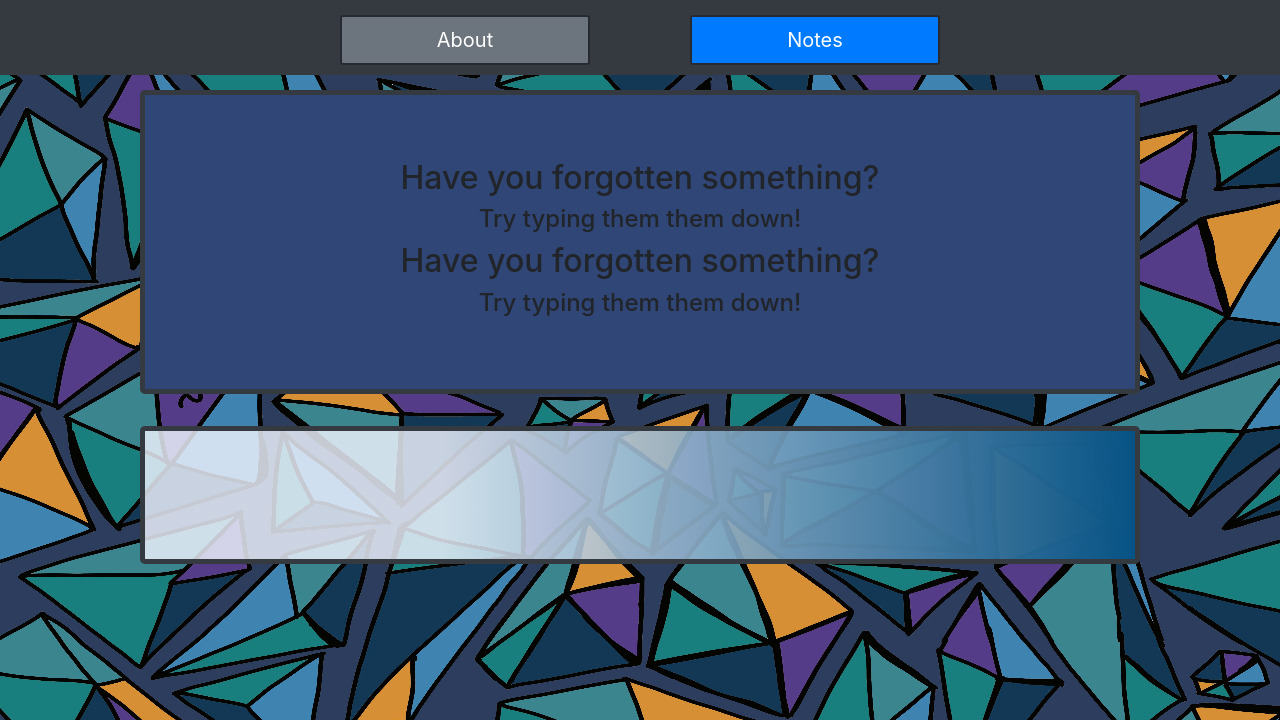
Repository: Kamicoda/Mynote
Page: index.html
The author's editor kept a record of every edit. The page is drawn from the files as they stood at one moment, then again after the next edit.
The browser window is 1280 px wide. The pictures show the whole page.
After loading, the first visible `#notesNav` was clicked once.
Backgrounds fixed to the window are drawn as part of the page. Some web fonts or font styles are not loaded; a fallback is used. Some web libraries are served in a nearby version.

Above is the page before.

### index.html
<!DOCTYPE html>
<html lang="en">

<head>
    <meta charset="UTF-8">
    <meta name="viewport" content="width=device-width, initial-scale=1.0">
    <meta http-equiv="X-UA-Compatible" content="ie=edge">
    <title>Document</title>


    <!--Bootstrap-->
    <link rel="stylesheet" href="https://maxcdn.bootstrapcdn.com/bootstrap/4.2.1/css/bootstrap.min.css" type="text/css" />
    <link rel="stylesheet" href="https://cdnjs.cloudflare.com/ajax/libs/hover.css/2.3.1/css/hover-min.css" type="text/css" />
    <!--Css-->
    <link rel="stylesheet" href="assets/style/style.css" type="text/css" />
    <!--Jquery-->
    <script src="https://code.jquery.com/jquery-3.4.1.min.js" integrity="sha256-CSXorXvZcTkaix6Yvo6HppcZGetbYMGWSFlBw8HfCJo=" crossorigin="anonymous"></script>

    <!--Scripts-->
    <script src="https://kit.fontawesome.com/06adabaaa3.js"></script>
    <script type="text/javascript" src="assets/js/script1.js"></script>
    <script type="text/javascript" src="assets/js/script2.js"></script>


</head>

<body class="bgbody" onload="checkEdits()">

    <!--navigation-->
    <div class="container-fluid bg-dark">
        <ul class="nav justify-content-center w-100">
            <li class="nav-item">
                <button id="aboutNav" type="button" class="btn btn-secondary btn-lg border border-light">About</button>
            </li>
            <li class="nav-item">
                <button id="notesNav" type="button" class="btn btn-primary btn-lg border border-light">Notes</button>
            </li>

        </ul>
    </div>

    <div class="jumbotron border border-dark header bg-grey mx-auto">
        <div class="row">
            <div id="headerwelcome" class="col-12">
                <h2> Have you forgotten something?</h2>
                <h4>Try typing them them down!</h4>
            </div>

            <div id="headerabout" class="col-12">
                <h2> Have you forgotten something?</h2>
                <h4>Try typing them them down!</h4>
            </div>

            <div id="headernotes" class="col-12">
                <h2> Have you forgotten something?</h2>
                <h4>Try typing them them down!</h4>
            </div>
        </div>
    </div>

    <div class="jumbotron border border-dark cont header mx-auto">
        <div class="container-flex">


            <section id="aboutSec">
                <div class="row">
                    <div class="col">
                        <h1>About</h1>
                        <p>here to help you remember!</p>
                        <div class="row">
                            <div class="col-6">
                                <p>this website should make writing things down a little easier there are a few geatures to be added at some point, these include a printable nates list, the ability to create and delete your notes, ability to add thumbnails
                                    with your links(WIP) and more!</p>
                            </div>
                            <div class="col-4">
                                <p>to use this site simply type in your thoughts and click save!</p>
                            </div>
                        </div>
                    </div>
                </div>
        </div>
        </section>

        <section id="notesSec">
            <div class="row">

                <div class="col-12">
                    <div id="editList" class="row">

                        <div class="col-12">
                            <p id="edit" contenteditable="true" class="editableP border border-light"></p>
                            <div id="checkBox" class="checkbox">
                                <i id="fasquare" class="far fa-square"></i>
                                <i id="fabox" class="far fa-check-square"></i>
                            </div>
                        </div>

                        <div class="col-12">
                            <p id="edit1" contenteditable="true" class="editableP border border-light"></p>
                            <div id="checkBox1" class="checkbox">
                                <i id="fasquare1" class="far fa-square"></i>
                                <i id="fabox1" class="far fa-check-square"></i>
                            </div>
                        </div>

                        <div class="col-12">
                            <p id="edit2" contenteditable="true" class="editableP border border-light"></p>
                            <div id="checkBox2" class="checkbox">
                                <i id="fasquare2" class="far fa-square"></i>
                                <i id="fabox2" class="far fa-check-square"></i>
                            </div>
                        </div>

                        <div class="col-12">
                            <p id="edit3" contenteditable="true" class="editableP border border-light"></p>
                            <div id="checkBox3" class="checkbox">
                                <i id="fasquare3" class="far fa-square"></i>
                                <i id="fabox3" class="far fa-check-square"></i>
                            </div>
                        </div>

                        <div class="col-12">
                            <p id="edit4" contenteditable="true" class="editableP border border-light"></p>
                            <div id="checkBox4" class="checkbox">
                                <i id="fasquare4" class="far fa-square"></i>
                                <i id="fabox4" class="far fa-check-square"></i>
                            </div>
                        </div>

                        <div class="col-12">
                            <p id="edit5" contenteditable="true" class="editableP border border-light"></p>
                            <div id="checkBox5" class="checkbox">
                                <i id="fasquare5" class="far fa-square"></i>
                                <i id="fabox5" class="far fa-check-square"></i>
                            </div>
                        </div>

                        <div class="col-12">
                            <p id="edit6" contenteditable="true" class="editableP border border-light"></p>
                            <div id="checkBox6" class="checkbox">
                                <i id="fasquare6" class="far fa-square"></i>
                                <i id="fabox6" class="far fa-check-square"></i>
                            </div>
                        </div>

                        <div class="col-12">
                            <p id="edit7" contenteditable="true" class="editableP border border-light"></p>
                            <div id="checkBox7" class="checkbox">
                                <i id="fasquare7" class="far fa-square"></i>
                                <i id="fabox7" class="far fa-check-square"></i>
                            </div>
                        </div>

                        <div class="col-12">
                            <p id="edit8" contenteditable="true" class="editableP border border-light"></p>
                            <div id="checkBox8" class="checkbox">
                                <i id="fasquare8" class="far fa-square"></i>
                                <i id="fabox8" class="far fa-check-square"></i>
                            </div>
                        </div>

                        <div class="col-12">
                            <p id="edit9" contenteditable="true" class="editableP border border-light"></p>
                            <div id="checkBox9" class="checkbox">
                                <i id="fasquare9" class="far fa-square"></i>
                                <i id="fabox9" class="far fa-check-square"></i>
                            </div>

                            <div>
                                <button type="button " onclick="save()" class="btn btn-primary btn-lg border border-light saveButton">Save
                        <i class="fas fa-file-download"></i></button>
                            </div>

                            <div id="update"> Edit the text and click to save for next time </div>
                        </div>
                    </div>
                </div>
            </div>
        </section>
    </div>

</body>
<footer>

</footer>

</html>

### assets/style/style.css
@import url('https://fonts.googleapis.com/css?family=Roboto:100,200,300,400,500,600,700|Exo:100,200,300,400,500,600,700|Six Caps:100,200,300,400,500,600,700');
/* Palette URL: http://paletton.com/#uid=a3K0o0k6J95irOtlmmkmW6wBrbb */

/* Feel free to copy&paste color codes to your application */

/* As RGBa codes */

/*
base-grey
RGB: 38–41–47

dark blu
RGB: 9–26–63

light grey
RGB: 126–135–155

blue
RGB: 48–70–118

light blue
RGB: 102–143–232

*/

/* Generated by Paletton.com © 2002-2014 */

/* http://paletton.com */

/*Colors*/

.bg-dark {
    background-color: rgba(39, 42, 48, 1);
}

.bg-grey {
    background-color: rgba(48, 70, 119, 1);
}

.bg-light {
    background-color: rgba(72, 63, 57, 0.5);

}

/*background*/
.border-dark {
    margin-top: 15px;
    border-width: 5px !important;

    border-bottom-style: solid;
    border-color: rgba(39, 42, 48, 1);
}

.border-light {
    margin-top: 15px;
    border-width: 2px !important;

    border-bottom-style: solid;
    border-color: rgba(39, 42, 48, 1) !important;
    border-radius: 3px;
}

.bgbody {
    background: url("notesBg.jpg");
    Margin: 0;
    background-position: top;
    background-repeat: no-repeat;
    background-attachment: fixed;
    min-width: 100%;
    z-index: -1;
}

.navigationbackground {
    position: fixed;
    height: 100%;
    width: 100%;
}

.nav-item {
    margin-left: 50px;
    margin-right: 50px;
    margin-bottom: 10px;
}

.btn {
    border-radius: 0;
    width: 250px;
    border-radius: 3px;
}

.header {
    text-align: center;
    width: 1000px;

    }

.editableP {
    padding: 5;
    background-color: rgba(214, 226, 243, 1);
    display: inline-block;
    width: 800px;
}

.cont {
  background: rgb(236,241,252);
background: linear-gradient(90deg, rgba(236,241,252,0.835171568627451) 30%, rgba(7,83,133,1) 100%);

}


.ul .li {
    list-style: none;
}

.checkbox {
    margin-bottom: 16px;
    text-align: left;
    display: inline-block;
}

### assets/js/script1.js
//Buttons
$(document).ready(function() {

    $('#aboutSec').toggle();
    $('#notesSec').show();
    $('#gamesSec').toggle();
    $('#linksSec').toggle();
    $('.fa-check-square').toggle();
    $('#headerwelcome').show();
    $('#headerabout').toggle();
    $('#headernotes').toggle();

    //$('#item').toggle();
    //$('#item1').toggle();
    //$('#item2').toggle();

    $('#aboutNav').on('click', function() {
        $('#aboutSec').toggle(1000);
        $('#headerwelcome').show();
        $('#headerabout').toggle();
    });

    $('#notesNav').on('click', function() {
        $('#notesSec').toggle(1000);
        $('#headernotes').toggle();

    });

    $('#gamesNav').on('click', function() {
        $('#gamesSec').toggle(1000);

    });

    $('#linksNav').on('click', function() {
        $('#menu3').toggle();
        $('#linksSec').toggle(1000);

    });

    $('#checkBox').on('click', function() {
        $('#fasquare').toggle();
        $('#fabox').toggle();
    });

    $('#checkBox1').on('click', function() {
        $('#fasquare1').toggle();
        $('#fabox1').toggle();
    });

    $('#checkBox2').on('click', function() {
        $('#fasquare2').toggle();
        $('#fabox2').toggle();
    });

    $('#checkBox3').on('click', function() {
        $('#fasquare3').toggle();
        $('#fabox3').toggle();
    });

    $('#checkBox4').on('click', function() {
        $('#fasquare4').toggle();
        $('#fabox4').toggle();
    });

    $('#checkBox5').on('click', function() {
        $('#fasquare5').toggle();
        $('#fabox5').toggle();
    });

    $('#checkBox6').on('click', function() {
        $('#fasquare6').toggle();
        $('#fabox6').toggle();
    });

    $('#checkBox7').on('click', function() {
        $('#fasquare7').toggle();
        $('#fabox7').toggle();
    });

    $('#checkBox8').on('click', function() {
        $('#fasquare8').toggle();
        $('#fabox8').toggle();
    });

    $('#checkBox9').on('click', function() {
        $('#fasquare9').toggle();
        $('#fabox9').toggle();
    });


    // $('#new').on('click', function() {
    //  count += 1;
    //  $('#item' + count).show()
    //$('#editList').append(`<p id="edit` + count + `" contenteditable="true" class="editableP"></p><button type="button " onclick="save`+ count +`()" class="saveButton">Save
    // <i class="fas fa-file-download"></i></button>`);

    // });
});

// this is adding numbers to the ID "edit"
var count = 0;

### assets/js/script2.js

function save() {
localStorage.userEdits = document.getElementById("edit").innerText;
localStorage.userEdits1 = document.getElementById("edit1").innerText;
localStorage.userEdits2 = document.getElementById("edit2").innerText;
localStorage.userEdits3 = document.getElementById("edit3").innerText;
localStorage.userEdits4 = document.getElementById("edit4").innerText;
localStorage.userEdits5 = document.getElementById("edit5").innerText;
localStorage.userEdits6 = document.getElementById("edit6").innerText;
localStorage.userEdits7 = document.getElementById("edit7").innerText;
localStorage.userEdits8 = document.getElementById("edit8").innerText;
localStorage.userEdits9 = document.getElementById("edit9").innerText;

document.getElementById("update").innerHTML="Edits saved!";
}

function checkEdits() {

if(localStorage.userEdits!=null)
document.getElementById("edit").innerHTML = localStorage.userEdits;
document.getElementById("edit1").innerHTML = localStorage.userEdits1;
document.getElementById("edit2").innerHTML = localStorage.userEdits2;
document.getElementById("edit3").innerHTML = localStorage.userEdits3;
document.getElementById("edit4").innerHTML = localStorage.userEdits4;
document.getElementById("edit5").innerHTML = localStorage.userEdits5;
document.getElementById("edit6").innerHTML = localStorage.userEdits6;
document.getElementById("edit7").innerHTML = localStorage.userEdits7;
document.getElementById("edit8").innerHTML = localStorage.userEdits8;
document.getElementById("edit9").innerHTML = localStorage.userEdits9;
}

//original code idea from https://www.developerdrive.com/allowing-users-to-edit-text-content-with-html5/
//with some tweaking


//

After the next edit:
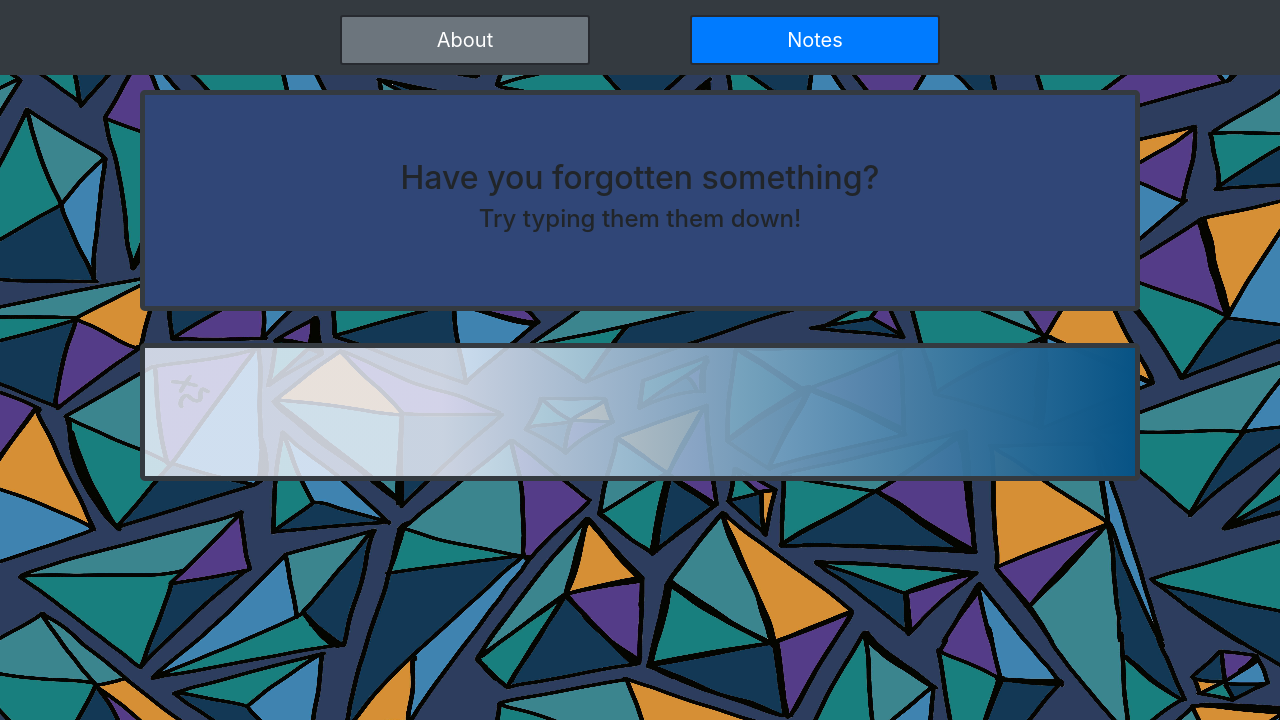
The edit:
--- a/assets/js/script1.js
+++ b/assets/js/script1.js
@@ -22,6 +22,7 @@
 
     $('#notesNav').on('click', function() {
         $('#notesSec').toggle(1000);
+        $('#headerwelcome').hide();
         $('#headernotes').toggle();
 
     });
